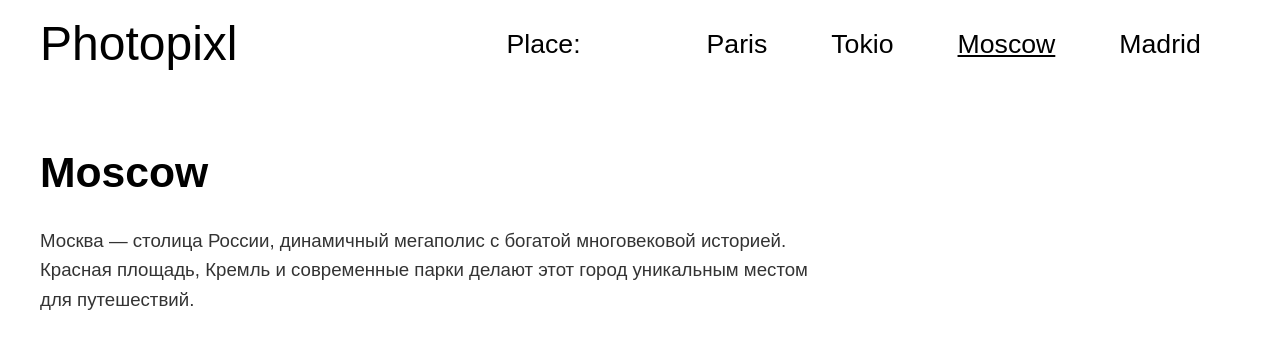
Repository: git-daniil/place-site
Page: moscow.html
The author's editor kept a copy of each file at every save. The page is drawn from the files as they stood at one save, then again after the next save.
The browser window is 1280 px wide. The pictures show the whole page.
Some web fonts or font styles are not loaded; a fallback is used.

Above is the page before, as saved 2026-05-18 19:56:07.

### moscow.html
<!DOCTYPE html>
<html lang="ru">
<head>
    <meta charset="UTF-8">
    <meta name="viewport" content="width=device-width, initial-scale=1.0">
    <title>Photopixl — Moscow</title>
    <link rel="stylesheet" href="style.css">
</head>
<body>

    <nav class="navbar">
        <a href="index.html" class="logo">Photopixl</a>
        <div class="place-label">Place:</div>
        <div class="nav-links">
            <a href="index.html" class="city-link">Paris</a>
            <a href="tokio.html" class="city-link">Tokio</a>
            <a href="moscow.html" class="city-link" style="text-decoration: underline;">Moscow</a>
            <a href="madrid.html" class="city-link">Madrid</a>
        </div>
    </nav>

    <main class="content-section">
        <h1>Moscow</h1>
        <p>Москва — столица России, динамичный мегаполис с богатой многовековой историей. Красная площадь, Кремль и современные парки делают этот город уникальным местом для путешествий.</p>
    </main>

</body>
</html>

### style.css
@font-face {
    font-family: 'Gilroy-Regular';
    src: local('Gilroy-Regular'), url('fonts/Gilroy-Regular.woff2') format('woff2');
    font-weight: normal;
    font-style: normal;
}
@font-face {
    font-family: 'Seenonim';
    src: local('Seenonim'), url('fonts/Seenonim.woff2') format('woff2');
    font-weight: normal;
    font-style: normal;
}

body {
    margin: 0;
    padding: 0;
    background-color: #ffffff;
    font-family: Arial, sans-serif;
}

.navbar {
    display: flex;
    align-items: center;
    background: none;
    padding: 20px 40px;
}

.logo {
    font-family: 'Gilroy-Regular', sans-serif;
    font-size: 36pt;
    color: #000000;
    line-height: 1;
    text-decoration: none;
}

.place-label {
    font-family: 'Seenonim', sans-serif;
    font-size: 20pt;
    color: #000000;
    margin-left: 269px;
    line-height: 1;
}

.nav-links {
    display: flex;
    margin-left: 126px;
}

.city-link {
    font-family: 'Seenonim', sans-serif;
    font-size: 20pt;
    color: #000000;
    text-decoration: none;
    line-height: 1;
}

.city-link.active {
    color: #8c8c8c;
}

.city-link:not(:last-child) {
    margin-right: 64px;
}

.content-section {
    padding: 60px 40px;
}

.content-section h1 {
    font-size: 32pt;
    margin-top: 0;
    font-family: 'Gilroy-Regular', sans-serif;
}

.content-section p {
    font-size: 14pt;
    color: #333333;
    line-height: 1.6;
    max-width: 800px;
}

After the next save:
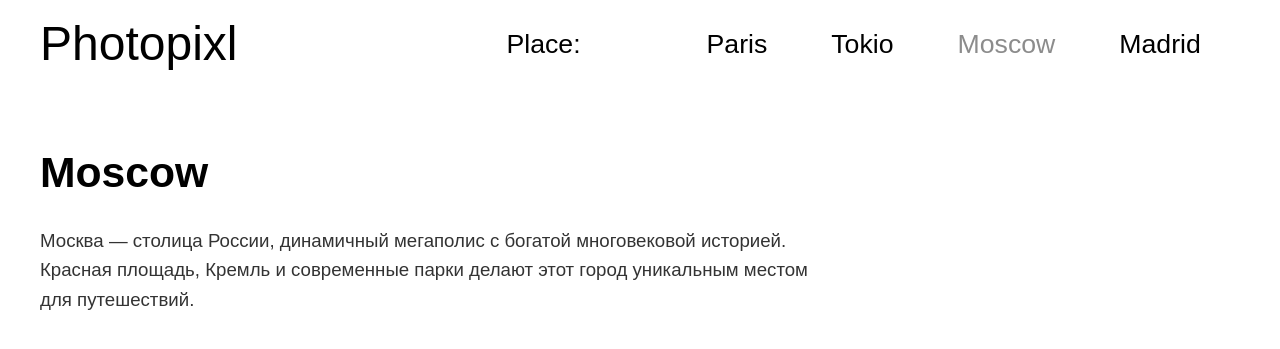
Saved 8 s later.
--- a/moscow.html
+++ b/moscow.html
@@ -14,7 +14,7 @@
         <div class="nav-links">
             <a href="index.html" class="city-link">Paris</a>
             <a href="tokio.html" class="city-link">Tokio</a>
-            <a href="moscow.html" class="city-link" style="text-decoration: underline;">Moscow</a>
+            <a href="moscow.html" class="city-link active">Moscow</a>
             <a href="madrid.html" class="city-link">Madrid</a>
         </div>
     </nav>
